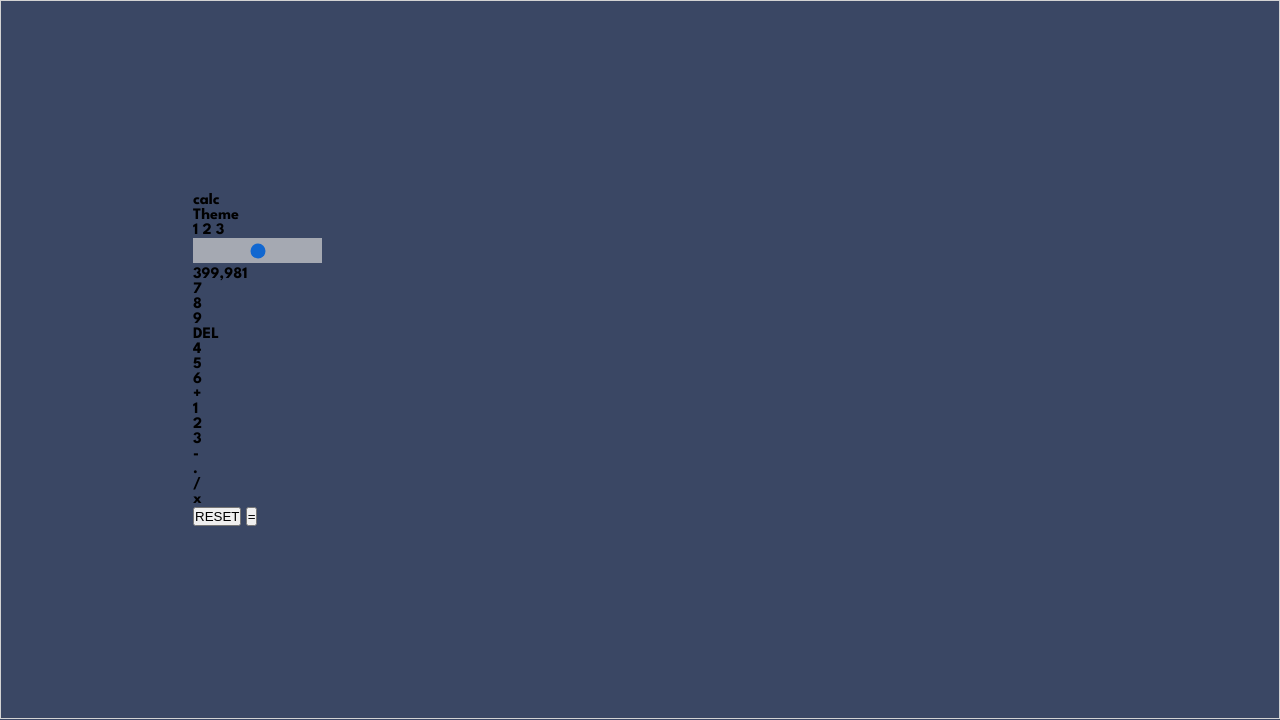
Repository: DevLaukey/calc-with-css-js
Page: index.html
An editor plug-in stored every save of this project. The page is shown before and after the next save, followed by the edit.
The browser window is 1280 px wide. The pictures show the whole page.

Above is the page before, as saved 2022-05-18 12:23:19.

### index.html
<!DOCTYPE html>
<html lang="en">
  <head>
    <meta charset="UTF-8" />
    <meta http-equiv="X-UA-Compatible" content="IE=edge" />
    <meta name="viewport" content="width=device-width, initial-scale=1.0" />
    <title>Calculator</title>
    <link rel="stylesheet" href="./styles.css" />
    <link rel="preconnect" href="https://fonts.googleapis.com" />
    <link rel="preconnect" href="https://fonts.gstatic.com" crossorigin />
    <link
      href="https://fonts.googleapis.com/css2?family=League+Spartan:wght@700&display=swap"
      rel="stylesheet"
    />
  </head>
  <body>
    <div class="body">
      <header class="calculator__header">
        <div class="calculator__name">
          <p>calc</p>
        </div>
        <div class="calculator__slider">
          <p class="calculator__smallText">Theme</p>
          <div class="calculator__block">
            <p>1 2 3</p>
            <input class="slider" type="range" min="1" max="3" name="" id="" />
          </div>
        </div>
      </header>
      <div class="calculator__display">
        <p class="calculator__solution">399,981</p>
      </div>
      <div class="calculator__input">
        <div class="calculator__row">
          <p class="calculator__button seven">7</p>
          <p class="calculator__button eight">8</p>
          <p class="calculator__button nine">9</p>
          <p class="calculator__button del">DEL</p>
          <p class="calculator__button four">4</p>
          <p class="calculator__button five">5</p>
          <p class="calculator__button six">6</p>
          <p class="calculator__button plus">+</p>
          <p class="calculator__button one">1</p>
          <p class="calculator__button two">2</p>
          <p class="calculator__button three">3</p>
          <p class="calculator__button minus">-</p>
          <p class="calculator__button dot">.</p>
          <p class="calculator__button slash">/</p>
          <p class="calculator__button multiply">x</p>
          <div class="calculator__control">
            <button class="control reset">RESET</button>
            <button class="control equals">=</button>
          </div>
        </div>
      </div>
    </div>
  </body>
</html>

### styles.css
*{
    margin:0;
    padding:0;
    box-sizing: border-box;

}

body{
    background-color: hsl(222, 26%, 31%);
}
.body{
    font-family: 'League Spartan', sans-serif;

  padding:15%;
  left: 15%;
  border: 1px solid #d3d3d3;

}
.text{

}
.numbers{

}



.slider {
  -webkit-appearance: none;
   /* width: 100%; */
  height: 25px;
  background: #d3d3d3;
  /* outline: none; */
  opacity: 0.7;
  -webkit-transition: .2s;
  transition: opacity .2s;
}

.slider:hover {
  opacity: 1;
}
.slider::-webkit-slider-thumb {
  /* -webkit-appearance: none; */
  /* appearance: none; */
  width: 25px;
  height: 25px;
  background: #04AA6D;
  cursor: pointer;
}

.slider::-moz-range-thumb {
  width: 25px;
  height: 25px;
  background: #04AA6D;
  cursor: pointer;
}

After the next save:
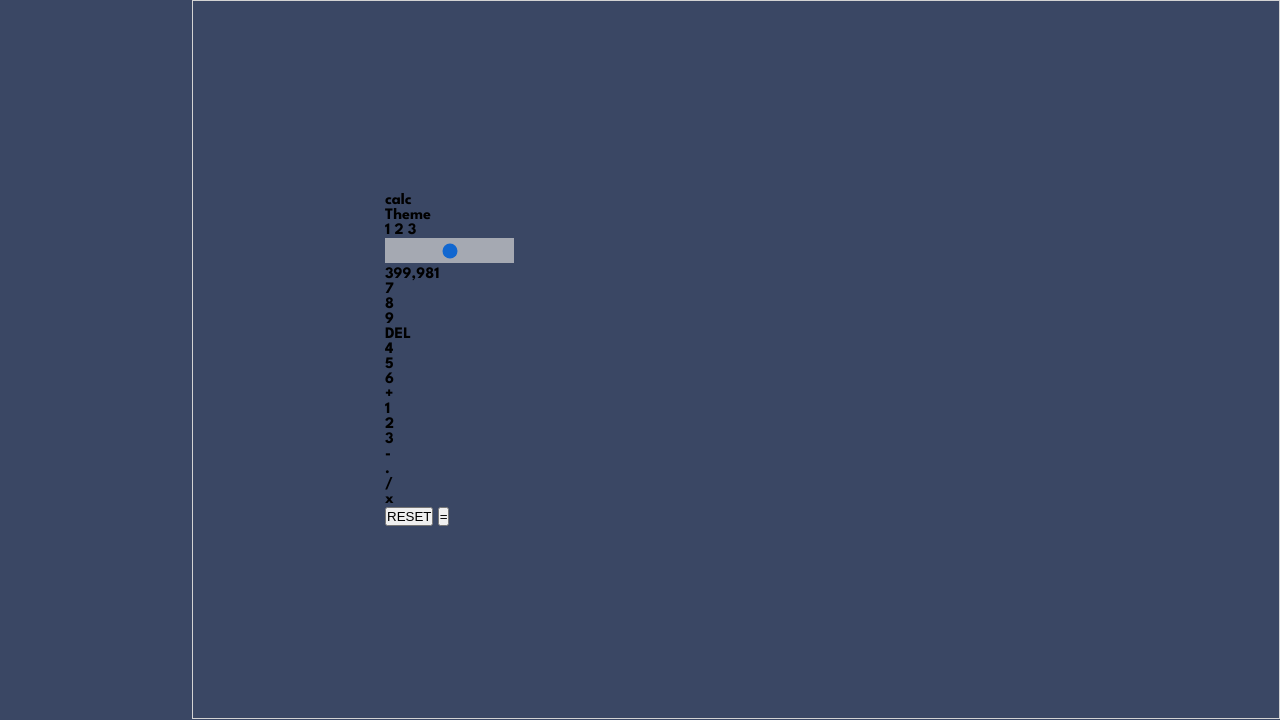
Saved 12 s later.
--- a/styles.css
+++ b/styles.css
@@ -12,7 +12,7 @@ body{
     font-family: 'League Spartan', sans-serif;
 
   padding:15%;
-  left: 15%;
+  margin-left: 15%;
   border: 1px solid #d3d3d3;
 
 }
